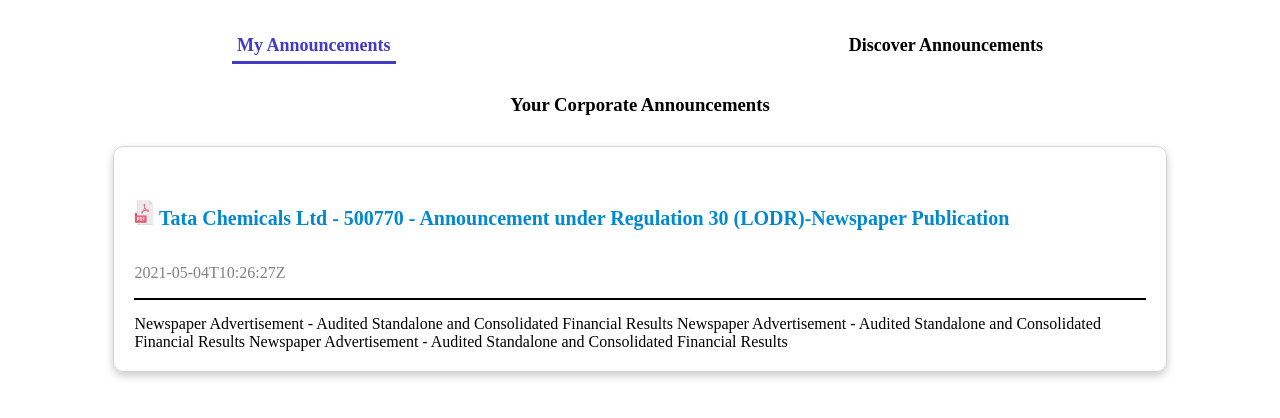
Repository: bhumikagohil/announcements
Page: announcements_tabs/index.html
The author's editor kept a copy of each file at every save. The page is drawn from the files as they stood at one save, then again after the next save.
The browser window is 1280 px wide. The pictures show the whole page.
The page's requests for data from a server got no answer.

Above is the page before, as saved 2021-05-13 14:11:01.

After the next save:
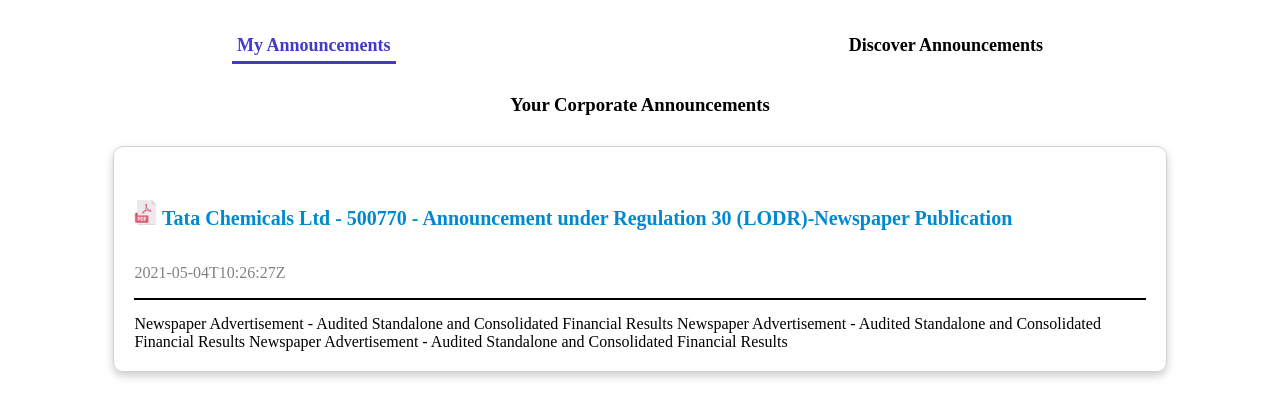
Saved 7 s later.
--- a/announcements_tabs/index.html
+++ b/announcements_tabs/index.html
@@ -37,7 +37,7 @@
 
 <a href="https://www.bseindia.com/xml-data/corpfiling/AttachLive/5c736c63-80a0-444f-b9a3-3539fa573147.pdf" style="text-decoration: none;">
                        <h5 class="title" style="    font-size: 1.25rem; ">
-                                               <img src="pdf.png" alt="Link" width="20" height="25">
+                                               <img src="pdf.png" alt="Link" width="23" height="25">
 
                             Tata Chemicals Ltd - 500770 - Announcement under Regulation 30 (LODR)-Newspaper Publication
                         </h5>
